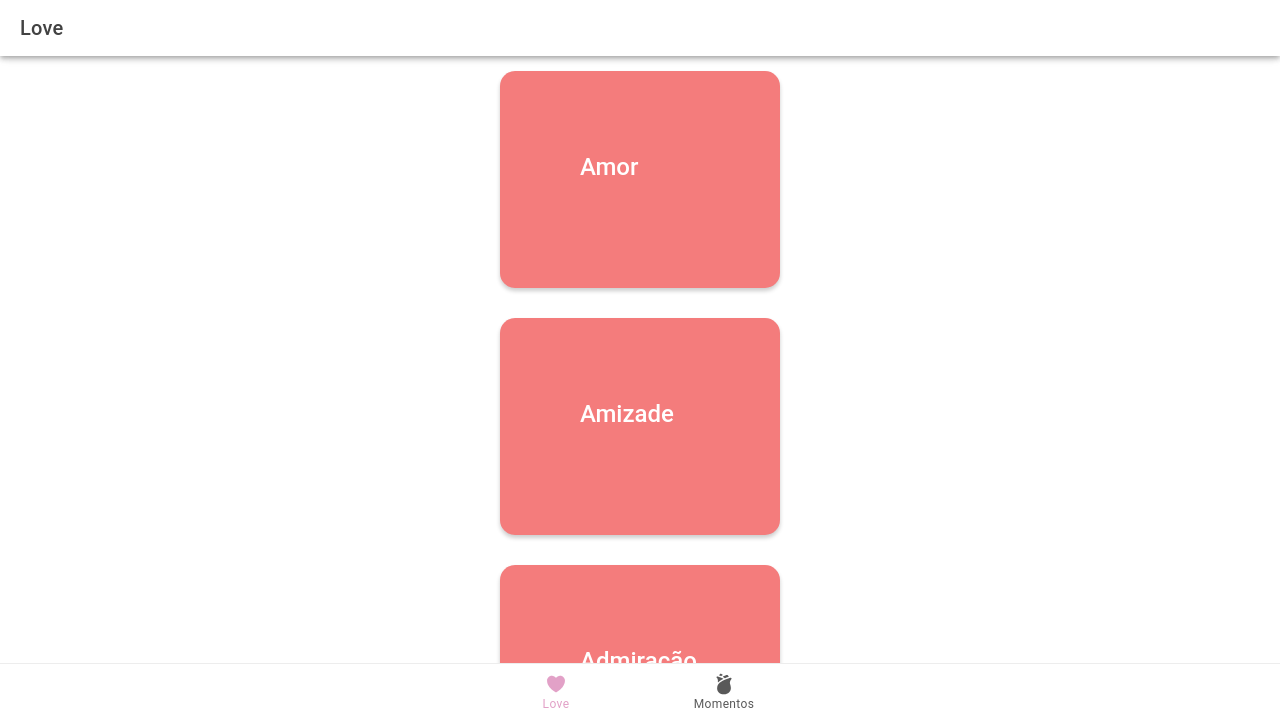
Repository: mateus-henrique-silva/lorrayne-app
Page: /
The author's editor kept a copy of each file at every save. The page is drawn from the files as they stood at one save, then again after the next save.
The browser window is 1280 px wide. The pictures show the whole page.
The project was rebuilt for these pictures with package versions that can differ from the ones it lists, and the page was loaded fresh each time. Also part of the build but not shown: src/pages/Tab2.tsx, src/components/ExploreContainer.css, src/components/ExploreContainer.tsx, src/pages/Tab3.tsx.

Above is the page before, as saved 2022-07-05 14:47:11.

### src/App.tsx
import { Redirect, Route } from 'react-router-dom';
import {
  IonApp,
  IonIcon,
  IonLabel,
  IonRouterOutlet,
  IonTabBar,
  IonTabButton,
  IonTabs,
  setupIonicReact
} from '@ionic/react';
import { IonReactRouter } from '@ionic/react-router';
import { ellipse, heart, rose, square, star, triangle } from 'ionicons/icons';
import Tab1 from './pages/Tab1';
import Tab2 from './pages/Tab2';
import Tab3 from './pages/Tab3';

/* Core CSS required for Ionic components to work properly */
import '@ionic/react/css/core.css';

/* Basic CSS for apps built with Ionic */
import '@ionic/react/css/normalize.css';
import '@ionic/react/css/structure.css';
import '@ionic/react/css/typography.css';

/* Optional CSS utils that can be commented out */
import '@ionic/react/css/padding.css';
import '@ionic/react/css/float-elements.css';
import '@ionic/react/css/text-alignment.css';
import '@ionic/react/css/text-transformation.css';
import '@ionic/react/css/flex-utils.css';
import '@ionic/react/css/display.css';

/* Theme variables */
import './theme/variables.css';

setupIonicReact();

const App: React.FC = () => (
  <IonApp>
    <IonReactRouter>
      <IonTabs>
        <IonRouterOutlet>
          <Route exact path="/tab1">
            <Tab1 />
          </Route>
          <Route exact path="/tab2">
            <Tab2 />
          </Route>
          <Route path="/tab3">
            <Tab3 />
          </Route>
          <Route exact path="/">
            <Redirect to="/tab1" />
          </Route>
        </IonRouterOutlet>
        <IonTabBar slot="bottom">
          <IonTabButton tab="tab1" href="/tab1">
            <IonIcon icon={heart} />
            <IonLabel>Love</IonLabel>
          </IonTabButton>
          <IonTabButton tab="tab2" href="/tab2">
            <IonIcon icon={rose} />
            <IonLabel>Momentos</IonLabel>
          </IonTabButton>
          {/* <IonTabButton tab="tab3" href="/tab3">
            <IonIcon icon={star} />
            <IonLabel>Momentos</IonLabel>
          </IonTabButton> */}
        </IonTabBar>
      </IonTabs>
    </IonReactRouter>
  </IonApp>
);

export default App;

### src/pages/Tab1.tsx
import {
  IonContent,
  IonHeader,
  IonPage,
  IonTitle,
  IonToolbar,
} from "@ionic/react";
import Msg from "../components/boxMsg";
import "./Tab1.css";
import Box from "../components/BoxComponents";

const Tab1: React.FC = () => {
  return (
    <IonPage>
      <IonHeader>
        <IonToolbar>
          <IonTitle>Love</IonTitle>
        </IonToolbar>
      </IonHeader>
      <IonContent fullscreen>
        <IonHeader collapse="condense">
          <IonToolbar>
            <IonTitle size="large">Love</IonTitle>
          </IonToolbar>
        </IonHeader>

        <Box paragraph="É essa vontade incontrolável de passar todos os dias ao seu lado. Fazer de tudo para te tirar um sorriso bobo. O amor é simples e sincero. Te amo vida!" text="Amor" fontSize="20px" colorText="#ffff" color="#F47C7C" />

        <Box paragraph="É essa parceria que temos desde o dia que nos conhcemos. Saber que posso contar com você nos momentos mais dificeis" text="Amizade" fontSize="20px" colorText="#ffff" color="#F47C7C" />
        <Box paragraph="É a honra de estar ao lado de uma mulher guerreira, determinada, sonhadora. Que me motiva a crecer e amadurecer todos os dias para ser o melhor para você "
          text="Admiração"
          fontSize="20px"
          colorText="#ffff"
          color="#F47C7C"
        />
        <Box paragraph="É o que eu sinto das conquistas. É do seu futuro que será brilhante. Acredito em você e nos seus sonhos" text="Orgulho" fontSize="20px" colorText="#ffff" color="#F47C7C" />
        <Box paragraph="É o que eu tenho todos os dias. Agradeço a Deus por ter colocado a mulher mais incrivel do mundo na minha vida."
          text="Gratidão"
          fontSize="20px"
          colorText="#ffff"
          color="#F47C7C"
        />
        <Box paragraph="É o que somos. Mesmo não vivendo juntos ainda eu sei que somos uma familia, pois familia é que esta ao nosso lado nos bons e mals momento, e como eu sempre disse somos nos 2 contra o mundo!!"text="Familia" fontSize="20px" colorText="#ffff" color="#F47C7C" />
      </IonContent>
    </IonPage>
  );
};

export default Tab1;

### src/theme/variables.css
/* Ionic Variables and Theming. For more info, please see:
http://ionicframework.com/docs/theming/ */

/** Ionic CSS Variables **/
:root {
  /** primary **/
  --ion-color-primary: #e2a1c7;
  --ion-color-primary-rgb: 226, 161, 199;
  --ion-color-primary-contrast: #000000;
  --ion-color-primary-contrast-rgb: 0, 0, 0;
  --ion-color-primary-shade: #c78eaf;
  --ion-color-primary-tint: #e5aacd;

  /** secondary **/
  --ion-color-secondary: #3dc2ff;
  --ion-color-secondary-rgb: 61, 194, 255;
  --ion-color-secondary-contrast: #ffffff;
  --ion-color-secondary-contrast-rgb: 255, 255, 255;
  --ion-color-secondary-shade: #36abe0;
  --ion-color-secondary-tint: #50c8ff;

  /** tertiary **/
  --ion-color-tertiary: #5260ff;
  --ion-color-tertiary-rgb: 82, 96, 255;
  --ion-color-tertiary-contrast: #ffffff;
  --ion-color-tertiary-contrast-rgb: 255, 255, 255;
  --ion-color-tertiary-shade: #4854e0;
  --ion-color-tertiary-tint: #6370ff;

  /** success **/
  --ion-color-success: #2dd36f;
  --ion-color-success-rgb: 45, 211, 111;
  --ion-color-success-contrast: #ffffff;
  --ion-color-success-contrast-rgb: 255, 255, 255;
  --ion-color-success-shade: #28ba62;
  --ion-color-success-tint: #42d77d;

  /** warning **/
  --ion-color-warning: #ffc409;
  --ion-color-warning-rgb: 255, 196, 9;
  --ion-color-warning-contrast: #000000;
  --ion-color-warning-contrast-rgb: 0, 0, 0;
  --ion-color-warning-shade: #e0ac08;
  --ion-color-warning-tint: #ffca22;

  /** danger **/
  --ion-color-danger: #eb445a;
  --ion-color-danger-rgb: 235, 68, 90;
  --ion-color-danger-contrast: #ffffff;
  --ion-color-danger-contrast-rgb: 255, 255, 255;
  --ion-color-danger-shade: #cf3c4f;
  --ion-color-danger-tint: #ed576b;

  /** dark **/
  --ion-color-dark: #222428;
  --ion-color-dark-rgb: 34, 36, 40;
  --ion-color-dark-contrast: #ffffff;
  --ion-color-dark-contrast-rgb: 255, 255, 255;
  --ion-color-dark-shade: #1e2023;
  --ion-color-dark-tint: #383a3e;

  /** medium **/
  --ion-color-medium: #92949c;
  --ion-color-medium-rgb: 146, 148, 156;
  --ion-color-medium-contrast: #ffffff;
  --ion-color-medium-contrast-rgb: 255, 255, 255;
  --ion-color-medium-shade: #808289;
  --ion-color-medium-tint: #9d9fa6;

  /** light **/
  --ion-color-light: #f4f5f8;
  --ion-color-light-rgb: 244, 245, 248;
  --ion-color-light-contrast: #000000;
  --ion-color-light-contrast-rgb: 0, 0, 0;
  --ion-color-light-shade: #d7d8da;
  --ion-color-light-tint: #f5f6f9;
}

@media (prefers-color-scheme: dark) {
  /*
   * Dark Colors
   * -------------------------------------------
   */

  body {
    --ion-color-primary: #e2a1c7;
    --ion-color-primary-rgb: 226, 161, 199;
    --ion-color-primary-contrast: #000000;
    --ion-color-primary-contrast-rgb: 0, 0, 0;
    --ion-color-primary-shade: #c78eaf;
    --ion-color-primary-tint: #e5aacd;

    --ion-color-secondary: #50c8ff;
    --ion-color-secondary-rgb: 80,200,255;
    --ion-color-secondary-contrast: #ffffff;
    --ion-color-secondary-contrast-rgb: 255,255,255;
    --ion-color-secondary-shade: #46b0e0;
    --ion-color-secondary-tint: #62ceff;

    --ion-color-tertiary: #6a64ff;
    --ion-color-tertiary-rgb: 106,100,255;
    --ion-color-tertiary-contrast: #ffffff;
    --ion-color-tertiary-contrast-rgb: 255,255,255;
    --ion-color-tertiary-shade: #5d58e0;
    --ion-color-tertiary-tint: #7974ff;

    --ion-color-success: #2fdf75;
    --ion-color-success-rgb: 47,223,117;
    --ion-color-success-contrast: #000000;
    --ion-color-success-contrast-rgb: 0,0,0;
    --ion-color-success-shade: #29c467;
    --ion-color-success-tint: #44e283;

    --ion-color-warning: #ffd534;
    --ion-color-warning-rgb: 255,213,52;
    --ion-color-warning-contrast: #000000;
    --ion-color-warning-contrast-rgb: 0,0,0;
    --ion-color-warning-shade: #e0bb2e;
    --ion-color-warning-tint: #ffd948;

    --ion-color-danger: #ff4961;
    --ion-color-danger-rgb: 255,73,97;
    --ion-color-danger-contrast: #ffffff;
    --ion-color-danger-contrast-rgb: 255,255,255;
    --ion-color-danger-shade: #e04055;
    --ion-color-danger-tint: #ff5b71;

    --ion-color-dark: #f4f5f8;
    --ion-color-dark-rgb: 244,245,248;
    --ion-color-dark-contrast: #000000;
    --ion-color-dark-contrast-rgb: 0,0,0;
    --ion-color-dark-shade: #d7d8da;
    --ion-color-dark-tint: #f5f6f9;

    --ion-color-medium: #989aa2;
    --ion-color-medium-rgb: 152,154,162;
    --ion-color-medium-contrast: #000000;
    --ion-color-medium-contrast-rgb: 0,0,0;
    --ion-color-medium-shade: #86888f;
    --ion-color-medium-tint: #a2a4ab;

    --ion-color-light: #222428;
    --ion-color-light-rgb: 34,36,40;
    --ion-color-light-contrast: #ffffff;
    --ion-color-light-contrast-rgb: 255,255,255;
    --ion-color-light-shade: #1e2023;
    --ion-color-light-tint: #383a3e;
  }

  /*
   * iOS Dark Theme
   * -------------------------------------------
   */

  .ios body {
    --ion-background-color: #000000;
    --ion-background-color-rgb: 0,0,0;

    --ion-text-color: #ffffff;
    --ion-text-color-rgb: 255,255,255;

    --ion-color-step-50: #0d0d0d;
    --ion-color-step-100: #1a1a1a;
    --ion-color-step-150: #262626;
    --ion-color-step-200: #333333;
    --ion-color-step-250: #404040;
    --ion-color-step-300: #4d4d4d;
    --ion-color-step-350: #595959;
    --ion-color-step-400: #666666;
    --ion-color-step-450: #737373;
    --ion-color-step-500: #808080;
    --ion-color-step-550: #8c8c8c;
    --ion-color-step-600: #999999;
    --ion-color-step-650: #a6a6a6;
    --ion-color-step-700: #b3b3b3;
    --ion-color-step-750: #bfbfbf;
    --ion-color-step-800: #cccccc;
    --ion-color-step-850: #d9d9d9;
    --ion-color-step-900: #e6e6e6;
    --ion-color-step-950: #f2f2f2;

    --ion-item-background: #000000;

    --ion-card-background: #1c1c1d;
  }

  .ios ion-modal {
    --ion-background-color: var(--ion-color-step-100);
    --ion-toolbar-background: var(--ion-color-step-150);
    --ion-toolbar-border-color: var(--ion-color-step-250);
  }


  /*
   * Material Design Dark Theme
   * -------------------------------------------
   */

  .md body {
    --ion-background-color: #121212;
    --ion-background-color-rgb: 18,18,18;

    --ion-text-color: #ffffff;
    --ion-text-color-rgb: 255,255,255;

    --ion-border-color: #222222;

    --ion-color-step-50: #1e1e1e;
    --ion-color-step-100: #2a2a2a;
    --ion-color-step-150: #363636;
    --ion-color-step-200: #414141;
    --ion-color-step-250: #4d4d4d;
    --ion-color-step-300: #595959;
    --ion-color-step-350: #656565;
    --ion-color-step-400: #717171;
    --ion-color-step-450: #7d7d7d;
    --ion-color-step-500: #898989;
    --ion-color-step-550: #949494;
    --ion-color-step-600: #a0a0a0;
    --ion-color-step-650: #acacac;
    --ion-color-step-700: #b8b8b8;
    --ion-color-step-750: #c4c4c4;
    --ion-color-step-800: #d0d0d0;
    --ion-color-step-850: #dbdbdb;
    --ion-color-step-900: #e7e7e7;
    --ion-color-step-950: #f3f3f3;

    --ion-item-background: #1e1e1e;

    --ion-toolbar-background: #1f1f1f;

    --ion-tab-bar-background: #1f1f1f;

    --ion-card-background: #1e1e1e;
  }
}

### src/components/BoxComponents.tsx
import React, { useState } from "react";
import { motion, AnimatePresence } from "framer-motion";
import "./BoxComponents.css";

interface TextBox {
  text: string;
  color: string;
  colorText: string;
  fontSize: string;
  paragraph: string;
}

const BoxComponents: React.FC<TextBox> = (props, { text }) => {
  const [isOpen, setIsOpen] = useState(false);
  const TextArray = [
    {
      id: 0,
      paragraph: "Mateus henrique lindo",
    },
    { id: 1, paragraph: "Mateus henrique lindo" },
  ];
  const colorBox = {
    backgroundColor: props.color,
    color: props.colorText,
    fontSize: props.fontSize,
  };
  return (
    <div className="Box">
      <div className="BoxSet">
        <motion.div transition={{layout: {duration:2, type:"spring"}}} onClick= {()=> setIsOpen(!isOpen)} className="BoxPrincipal" style={colorBox}>
        <motion.h2 layout="position">{props.text}</motion.h2>

          {isOpen &&(

          <motion.div initial={{opacity:0}} animate ={{opacity:1}} transition={{duration:1}} >
          {/* {
         TextArray.map((TextArray)  =>(
          <p key={TextArray.id}>{TextArray.paragraph}</p>
         )  )} */}
         <p>{props.paragraph}</p>
         </motion.div>)}

        </motion.div>
        {/* <motion.div className="BoxPrincipal" style={colorBox}>{props.text}</motion.div> */}
      </div>
    </div>
  );
};

export default BoxComponents;

### src/components/BoxComponents.css
.Box{
    display:grid;
    justify-content:space-around;
    overflow:hidden;

}
.BoxSet{

    width:100%;
    margin-bottom:15px;


}


.BoxPrincipal{
    padding: 4rem 5rem 6rem;
    display:block;
   min-width:280px;
    margin-top:15px;

    border-radius:15px;
    justify-content:center;
    cursor: pointer;
    align-items:center;
    transition:1s;
    box-shadow: 0px 3px 4px rgba(0,0,0,0.2) ;
}
p{
    padding-top:1rem ;


}
h2{
    margin: 0;
    padding: 0;
}
@media(max-width:800px){
    .Box{
        display:grid;
        justify-content:space-around;

        width:100%;


    }
    .BoxSet{
        display:flex;
        width:100%;
        margin-bottom:15px;


    }


    .Box:last-child{
        margin-bottom:15px;
    }

}


@media(max-width:480px){

    .BoxSet{
        display:grid;
        width:100%
    }


}

Loaded but not shown: public/index.html (common file); src/index.tsx (common file); src/serviceWorkerRegistration.ts (common file); src/reportWebVitals.ts (common file); src/pages/Tab1.css (no stored copy; drawn as an empty file); src/pages/Tab2.css (no stored copy; drawn as an empty file); src/pages/Tab3.css (no stored copy; drawn as an empty file)

After the next save:
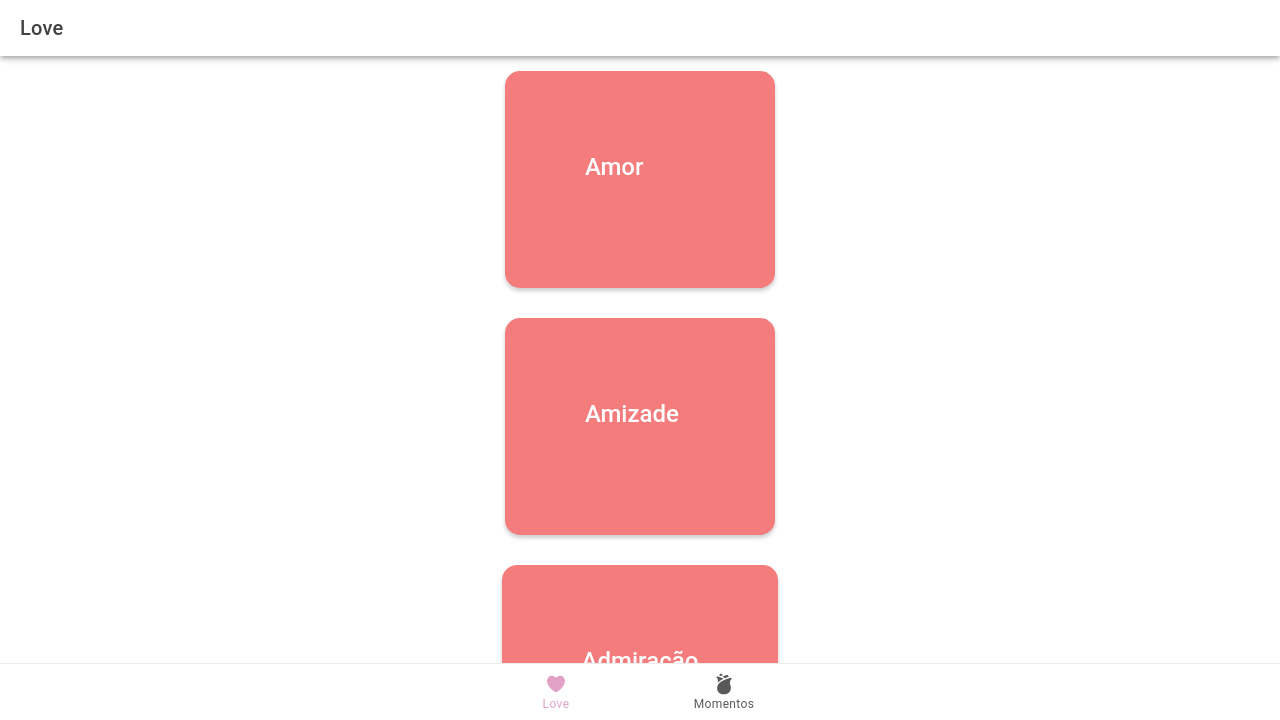
Saved 18 s later.
--- a/src/components/BoxComponents.css
+++ b/src/components/BoxComponents.css
@@ -16,7 +16,7 @@
 .BoxPrincipal{
     padding: 4rem 5rem 6rem;
     display:block;
-   min-width:280px;
+   min-width:270px;
     margin-top:15px;
 
     border-radius:15px;
